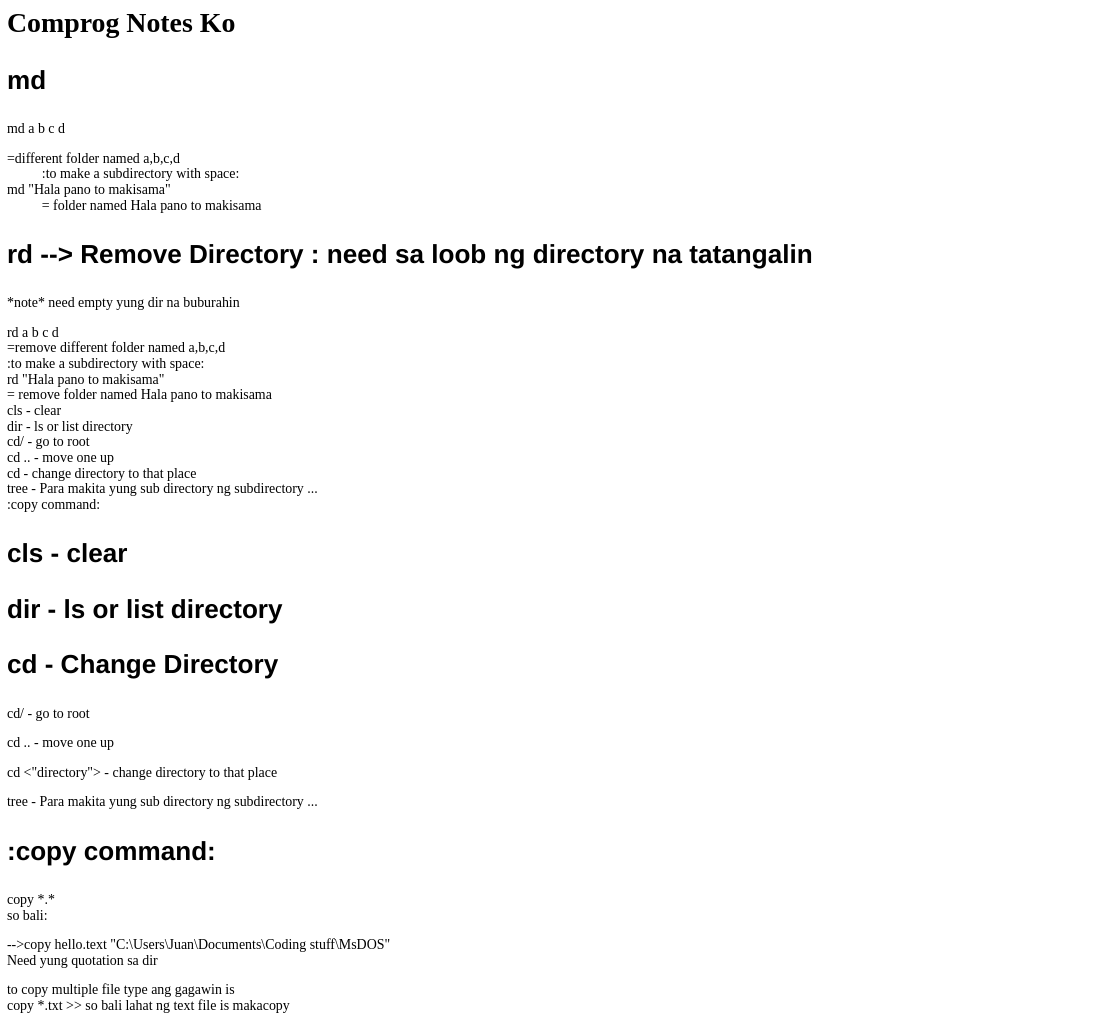
Repository: zwainer/Comprog
Page: index.html
These files come from the project's save history. The page is drawn as it stood at one moment and after the next save; the edit follows.
The browser window is 1280 px wide. The pictures show the whole page, at 87% of full size.

Above is the page before, as saved 2023-05-05 22:22:31.

### index.html
<html>
	<head>
		<link rel="stylesheet" href="index.css">
	</head>

	<h1>Comprog Notes Ko</h1>

	<p class="StartCommand">
		md
		<br/>
	</p>

	<p>md a b c d  <br/></p>

	<dl>
<dt>=different folder named a,b,c,d<br/></dt>

	<dd>:to make a subdirectory with space:<br/></dd>

	<dt>md "Hala pano to makisama"<br/></dt>
		<dd>= folder named Hala pano to makisama<br/></dd>
</dl>

<p class="StartCommand">rd --> Remove Directory : need sa loob ng directory na tatangalin<br/></p>


	<p>
		*note* need empty yung dir na buburahin
		<br/>
	</p>

		rd a b c d <br/>

		=remove different folder named a,b,c,d<br/>

	:to make a subdirectory with space:<br/>

	rd "Hala pano to makisama"<br/>

		= remove folder named Hala pano to makisama	<br/>



cls - clear<br/>

dir - ls or list directory<br/>

cd/ - go to root<br/>

cd .. - move one up<br/>

cd <directory> - change directory to that place<br/>

tree - Para makita yung sub directory ng subdirectory ...<br/>

:copy command:<br/>
<p class="StartCommand">cls - clear<br/></p>

<p class="StartCommand">dir - ls or list directory<br/></p>

<p class="StartCommand">cd - Change Directory<br/></p>


<p >cd/ - go to root<br/></p>

<p>cd .. - move one up<br/></p>

<p >cd <"directory"> - change directory to that place<br/></p>

<p >tree - Para makita yung sub directory ng subdirectory ...<br/></p>

<p class="StartCommand">:copy command:<br/></p>


copy *.*<br/>

	so bali: <br/>
		<p>
				-->copy hello.text "C:\Users\Juan\Documents\Coding stuff\MsDOS"<br/>
			Need yung quotation sa dir
			<br/>
		</p>

		<p>
	to copy multiple file type ang gagawin is </br>
	copy *.txt >> so bali lahat ng text file is makacopy</br>



		</p>
</html>

### index.css
.StartCommand{
    font-size: 30px;
    font-family: 'Franklin Gothic Medium';
    font-weight: bold;
}

After the next save:
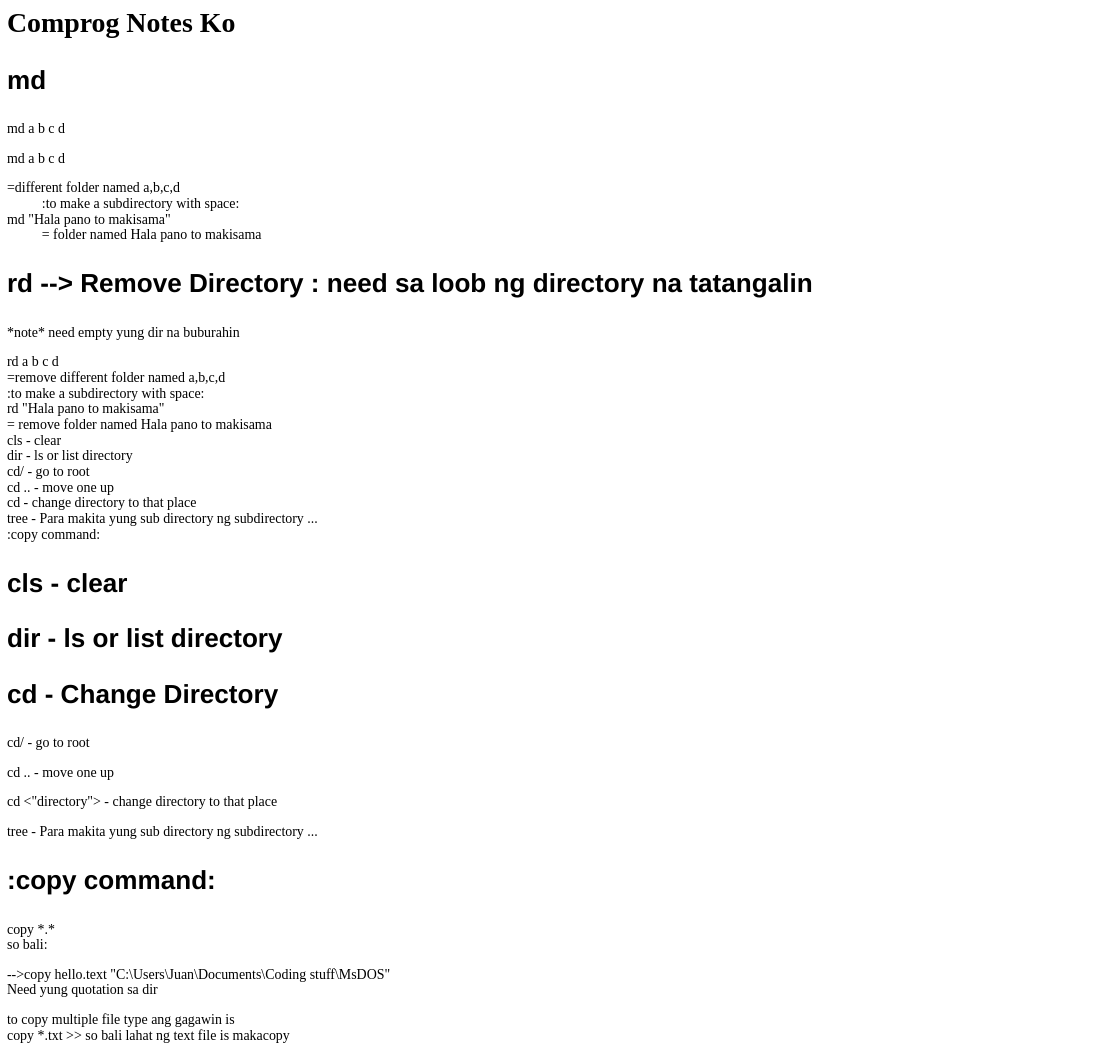
Saved 9 s later.
--- a/index.html
+++ b/index.html
@@ -9,7 +9,7 @@
 		md
 		<br/>
 	</p>
-
+	<p>md a b c d  <br/></p>
 	<p>md a b c d  <br/></p>
 
 	<dl>
